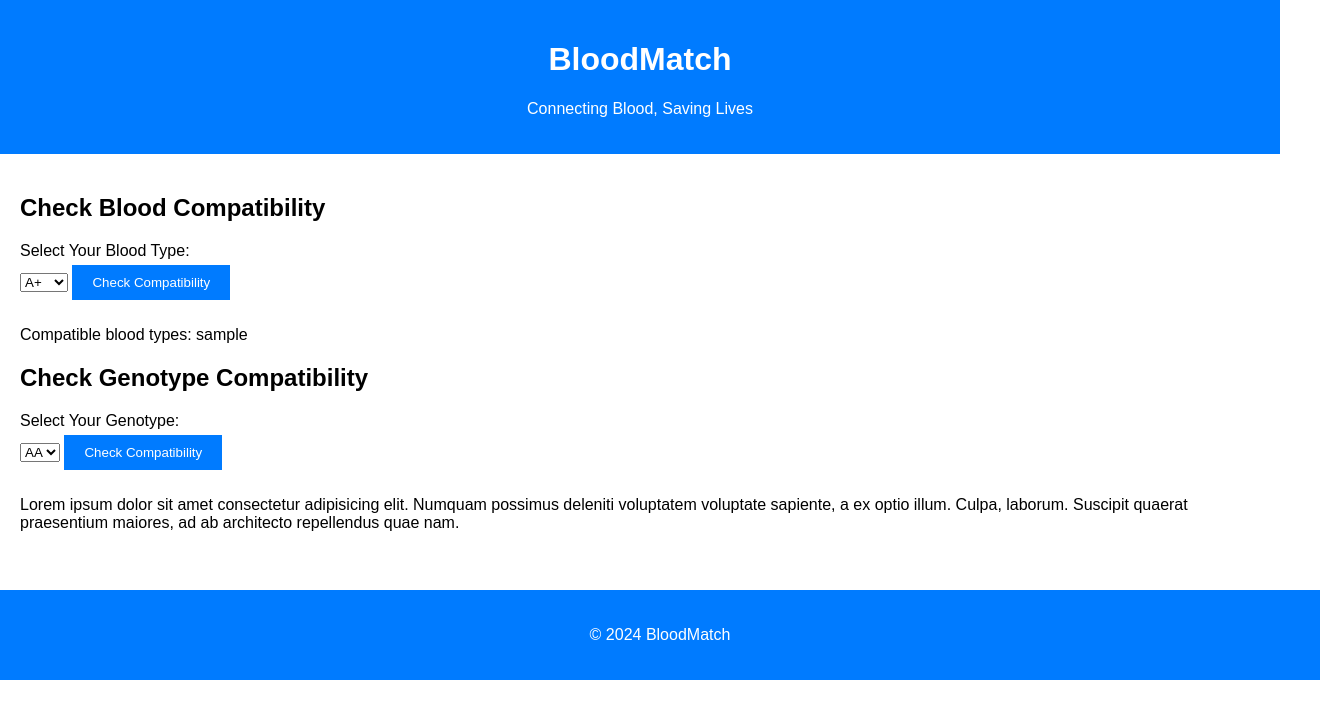
Repository: JuliusMonday/BloodMatch
Page: index.html
These files come from the project's save history. The page is drawn as it stood at one moment and after a run of saves; the edit follows.
The browser window is 1280 px wide. The page is 1320 px wide, so the pictures cover 1320 px, including what lies to the right of the window. The pictures show the whole page.
After loading, the first visible `button` was clicked once.

Above is the page before, as saved 2024-05-02 15:55:54.

After the next 2 saves:
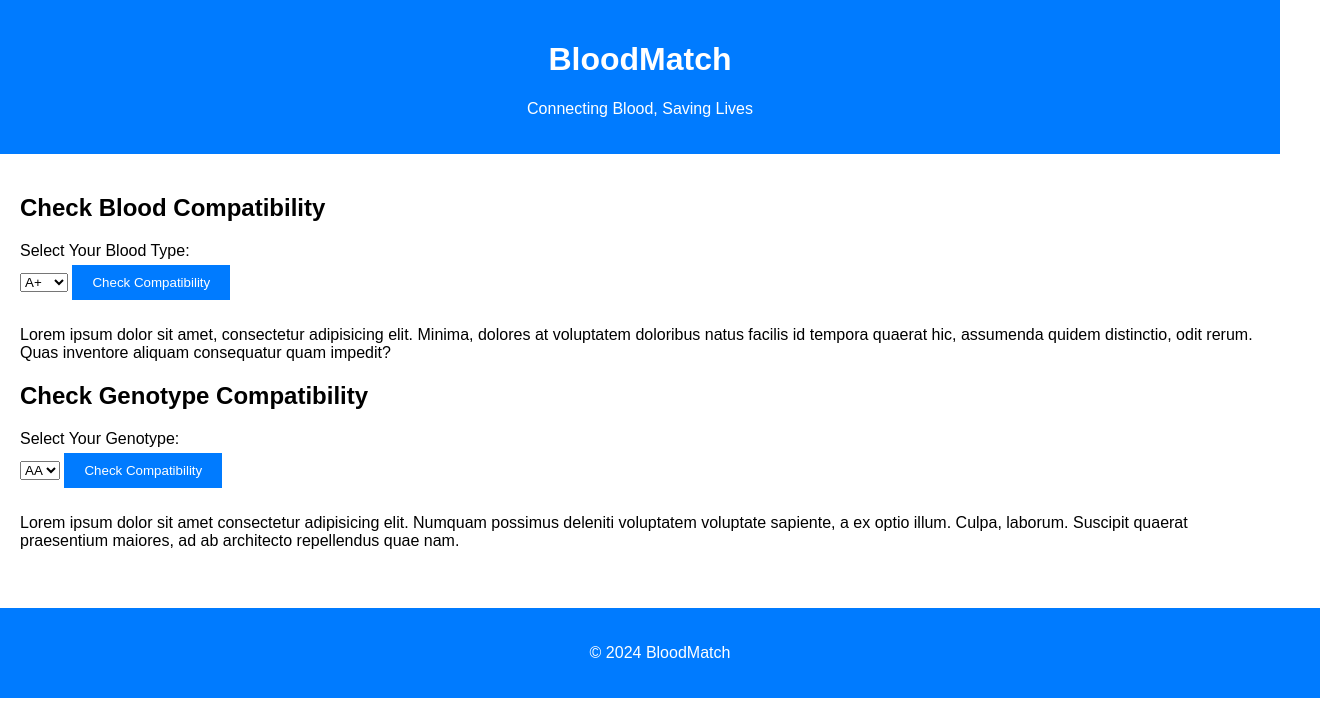
Console error: SyntaxError: Unexpected token '}'
The 2 saves are shown as one change because they came seconds apart.
The last was saved 6 s later.
--- a/script.js
+++ b/script.js
@@ -20,7 +20,7 @@
       case "AB+":
         compatibleBloodTypes = "SAMPLE";
         break;
-
+      case ""
     }
 
     compatibilityResult.textContent = "Compatible blood types: " + compatibleBloodTypes;

After the 3 saves that followed:
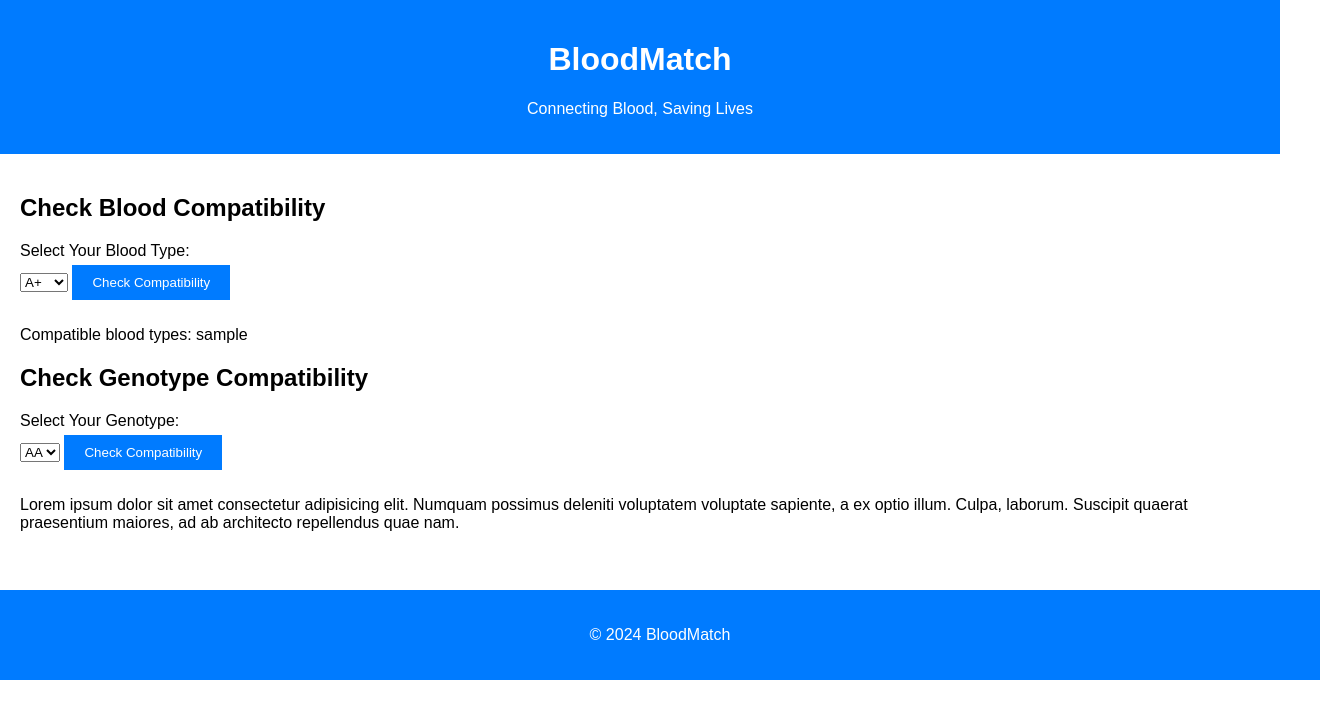
The error is gone.
The 3 saves are shown as one change because they came seconds apart.
The last was saved 10 s later.
--- a/script.js
+++ b/script.js
@@ -20,7 +20,8 @@
       case "AB+":
         compatibleBloodTypes = "SAMPLE";
         break;
-      case ""
+      case "AB-":
+
     }
 
     compatibilityResult.textContent = "Compatible blood types: " + compatibleBloodTypes;
